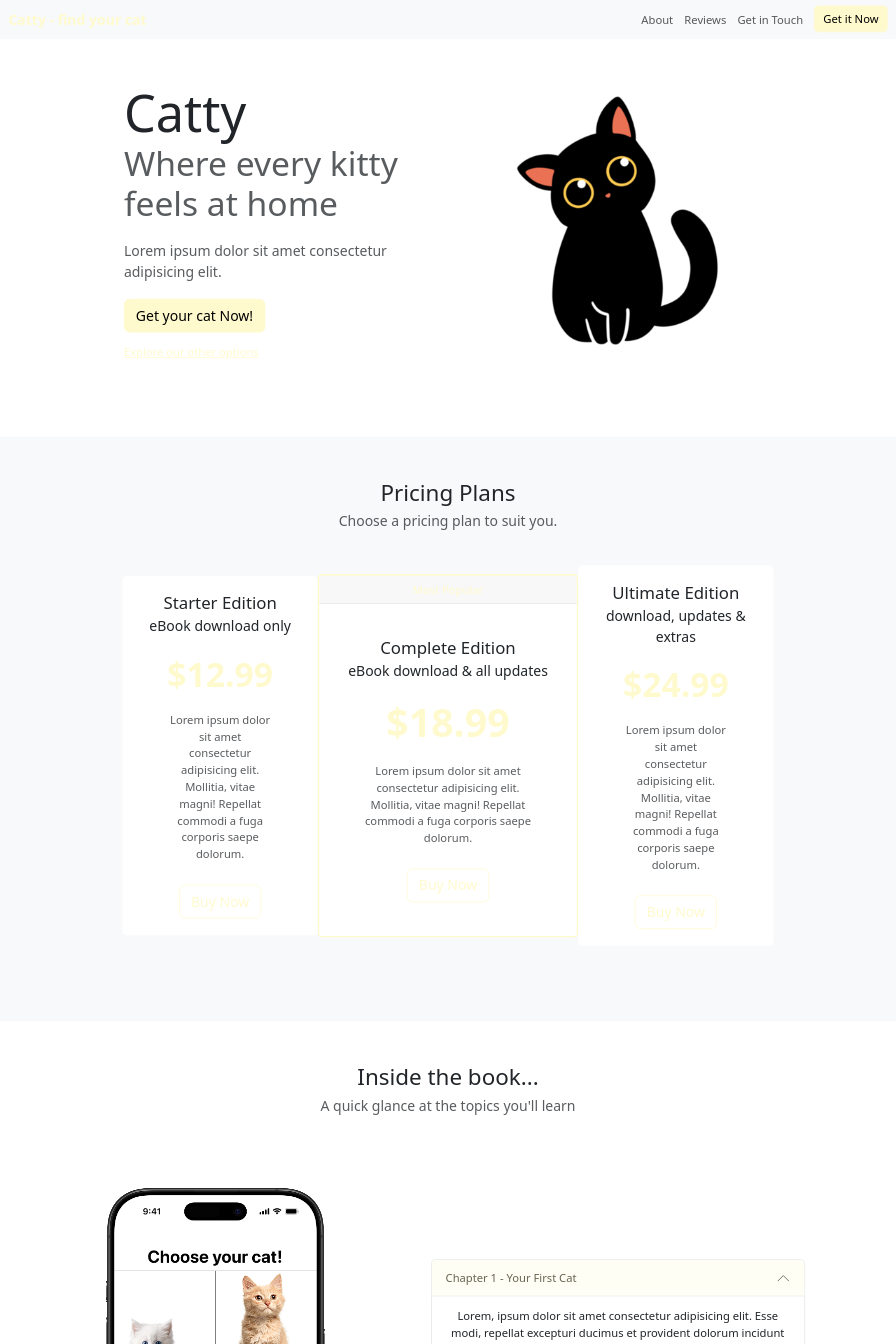
Repository: rihebtlh/catty-storefront
Page: index.html
An editor plug-in stored every save of this project. The page is shown before and after the next save, followed by the edit.
The browser window is 1280 px wide. The pictures show the part of the page from y = 0 to 1920 px (the page is 4528 px tall), at 70% of full size.
The style sheet was rebuilt from its Sass, Less or Tailwind sources for each picture, by a compiler version that may differ from the author's.

Above is the page before, as saved 2025-06-23 19:05:20.

### index.html
<!DOCTYPE html>
<html lang="en">
<head>
  <meta charset="UTF-8" />
  <meta name="viewport" content="width=device-width, initial-scale=1.0" />
  <link
    href="/css/main.min.css"
    rel="stylesheet"/>
  <link rel="stylesheet" href="https://cdn.jsdelivr.net/npm/bootstrap-icons@1.13.1/font/bootstrap-icons.min.css">
  <title>Catty</title>
  <style>
    section {
      padding: 60px 0;
    }
  </style>
</head>
<body>
  <!-- Navbar -->
    <nav class="navbar navbar-expand-md navbar-light bg-light">
        <div class="container-xxl">
            <a href="#intro" class="navbar-brand">
                <span class="fw-bold text-secondary">Catty - find your cat</span>
            </a>
      <!-- Toggle button -->
            <button
                class="navbar-toggler"
                type="button"
                data-bs-toggle="collapse"
                data-bs-target="#main-nav"
                aria-controls="main-nav"
                aria-expanded="false"
                aria-label="Toggle navigation">
                <span class="navbar-toggler-icon"></span>
            </button>
      <!-- Navbar links -->
            <div class="collapse navbar-collapse justify-content-end align-center" id="main-nav">
                <ul class="navbar-nav">
                <li class="nav-item">
                    <a class="nav-link" href="#topics">About</a>
                </li>
                <li class="nav-item">
                    <a class="nav-link" href="#reviews">Reviews</a>
                </li>
                <li class="nav-item">
                    <a class="nav-link" href="#contact">Get in Touch</a>
                </li>
                <li class="nav-item d-md-none">
                    <a class="nav-link" href="#pricing">Pricing</a>
                </li>
                <li class="nav-item ms-2 d-none d-md-inline">
                    <a class="btn btn-secondary" href="#pricing">Get it Now</a>
                </li>
                </ul>
            </div>
        </div>
    </nav>

  <!-- Main image & intro text -->
  <section id="intro">
    <div class="container-lg">
      <div class="row justify-content-center align-items-center">
        <div class="col-md-5 text-center text-md-start">
          <h1>
            <div class="display-2">Catty</div>
            <div class="display-5 text-muted">Where every kitty feels at home</div>
          </h1>
          <p class="lead my-4 text-muted">
            Lorem ipsum dolor sit amet consectetur adipisicing elit.
          </p>
          <a href="#pricing" class="btn btn-secondary btn-lg">Get your cat Now!</a>
          <!--open sidebar / offcanvas-->
          <a href="#sidebar" class="d-block mt-3" data-bs-toggle="offcanvas">
            Explore our other options
          </a>
        </div>
        <div class="col-md-5 text-center d-none d-md-block">
          <!--tooltip-->
          <span class="tt" data-bs-placement="bottom" title="Catty logo">
            <img class="img-fluid" src="/assets/catLogo.webp" alt="cat"/>
          </span>
        </div>
      </div>
    </div>
  </section>

    <!-- pricing plans -->
  <section id="pricing" class="bg-light mt-5">
    <div class="container-lg">
      <div class="text-center">
        <h2>Pricing Plans</h2>
        <p class="lead text-muted">Choose a pricing plan to suit you.</p>
      </div>

      <div class="row my-5 g-0 align-items-center justify-content-center"> <!--g-0 is for the gap so this one there's no gap-->
        <div class="col-8 col-lg-4 col-xl-3">
          <div class="card border-0">
            <div class="card-body text-center py-4">
              <h4 class="card-title">Starter Edition</h4>
              <p class="lead card-subtitle">eBook download only</p>
              <p class="display-5 my-4 text-primary fw-bold">$12.99</p>
              <p class="card-text mx-5 text-muted d-none d-lg-block">Lorem ipsum dolor sit amet consectetur adipisicing elit. Mollitia, vitae magni! Repellat commodi a fuga corporis saepe dolorum.</p>
              <a href="#" class="btn btn-outline-primary btn-lg mt-3">
                Buy Now
              </a>
            </div>
          </div>
        </div>

        <div class="col-9 col-lg-4">
          <div class="card border-primary border-2">
            <div class="card-header text-center text-primary">Most Popular</div>
            <div class="card-body text-center py-5">
              <h4 class="card-title">Complete Edition</h4>
              <p class="lead card-subtitle">eBook download & all updates</p>
              <p class="display-4 my-4 text-primary fw-bold">$18.99</p>
              <p class="card-text mx-5 text-muted d-none d-lg-block">Lorem ipsum dolor sit amet consectetur adipisicing elit. Mollitia, vitae magni! Repellat commodi a fuga corporis saepe dolorum.</p>
              <a href="#" class="btn btn-outline-primary btn-lg mt-3">
                Buy Now
              </a>
            </div>
          </div>
        </div>

        <div class="col-8 col-lg-4 col-xl-3">
          <div class="card border-0">
            <div class="card-body text-center py-4">
              <h4 class="card-title">Ultimate Edition</h4>
              <p class="lead card-subtitle">download, updates & extras</p>
              <p class="display-5 my-4 text-primary fw-bold">$24.99</p>
              <p class="card-text mx-5 text-muted d-none d-lg-block">Lorem ipsum dolor sit amet consectetur adipisicing elit. Mollitia, vitae magni! Repellat commodi a fuga corporis saepe dolorum.</p>
              <a href="#" class="btn btn-outline-primary btn-lg mt-3">
                Buy Now
              </a>
            </div>
          </div>
        </div>
      </div>
    </div><!-- end container -->
  </section>

    <!-- topics at a glance -->
     <section class="topics">
      <div class="container-md"> <!--100% width until meduim screens qt thispoint it will get everything at the middle-->
        <div class="text-center">
          <h2>Inside the book...</h2>
          <p class="lead text-muted">
            A quick glance at the topics you'll learn
          </p>
          <div class="row my-5 g-5 justify-content-around align-items-center">
            <div class="col-6 col-lg-4">
              <img src="/assets/phone.png" class="img-fluid" alt="ebook">
            </div>
            <div class="col-lg-6">
            <!-- accordion 1-->
            <div class="accordion" id="chapters">
              <div class="accordion-item">
                <h2 class="accordion-header" id="heading-1">
                  <button class="accordion-button" type="button" data-bs-toggle="collapse" data-bs-target="#chapter-1" aria-expanded="true" aria-controls="chapter-1">
                    Chapter 1 - Your First Cat
                  </button>
                </h2>
                <div id="chapter-1" class="accordion-collapse collapse show" aria-labelledby="heading-1" data-bs-parent="#chapters">
                  <div class="accordion-body">
                    <p>Lorem, ipsum dolor sit amet consectetur adipisicing elit. Esse modi, repellat excepturi ducimus et provident dolorum incidunt at officia aspernatur.</p>
                    <p>Lorem ipsum dolor sit amet consectetur adipisicing elit. Quae dolor blanditiis accusantium dicta? Dolorum ullam culpa ex! Distinctio, doloremque sunt repellendus laboriosam, excepturi vel illum facilis aliquam, alias inventore non?</p>

                  </div>
                </div>
              </div>
              <!-- accordion 2-->
              <div class="accordion-item">
                <h2 class="accordion-header" id="heading-2">
                  <button class="accordion-button" type="button" data-bs-toggle="collapse" data-bs-target="#chapter-2" aria-expanded="true" aria-controls="chapter-2">
                    Chapter 2 - Your second Cat
                  </button>
                </h2>
                <div id="chapter-2" class="accordion-collapse collapse" aria-labelledby="heading-2" data-bs-parent="#chapters">
                  <div class="accordion-body">
                    <p>Lorem, ipsum dolor sit amet consectetur adipisicing elit. Esse modi, repellat excepturi ducimus et provident dolorum incidunt at officia aspernatur.</p>
                    <p>Lorem ipsum dolor sit amet consectetur adipisicing elit. Quae dolor blanditiis accusantium dicta? Dolorum ullam culpa ex! Distinctio, doloremque sunt repellendus laboriosam, excepturi vel illum facilis aliquam, alias inventore non?</p>
                  </div>
                </div>
              </div>

              <!-- accordion 3-->
              <div class="accordion-item">
                <h2 class="accordion-header" id="heading-3">
                  <button class="accordion-button" type="button" data-bs-toggle="collapse" data-bs-target="#chapter-3" aria-expanded="true" aria-controls="chapter-3">
                    Chapter 3 - Your Third Cat
                  </button>
                </h2>
                <div id="chapter-3" class="accordion-collapse collapse" aria-labelledby="heading-3" data-bs-parent="#chapters">
                  <div class="accordion-body">
                    <p>Lorem, ipsum dolor sit amet consectetur adipisicing elit. Esse modi, repellat excepturi ducimus et provident dolorum incidunt at officia aspernatur.</p>
                    <p>Lorem ipsum dolor sit amet consectetur adipisicing elit. Quae dolor blanditiis accusantium dicta? Dolorum ullam culpa ex! Distinctio, doloremque sunt repellendus laboriosam, excepturi vel illum facilis aliquam, alias inventore non?</p>
                  </div>
                </div>
              </div>

              <!-- accordion 4-->
              <div class="accordion-item">
                <h2 class="accordion-header" id="heading-4">
                  <button class="accordion-button" type="button" data-bs-toggle="collapse" data-bs-target="#chapter-4" aria-expanded="true" aria-controls="chapter-4">
                    Chapter 4 - Your Third Cat
                  </button>
                </h2>
                <div id="chapter-4" class="accordion-collapse collapse" aria-labelledby="heading-4" data-bs-parent="#chapters">
                  <div class="accordion-body">
                    <p>Lorem, ipsum dolor sit amet consectetur adipisicing elit. Esse modi, repellat excepturi ducimus et provident dolorum incidunt at officia aspernatur.</p>
                    <p>Lorem ipsum dolor sit amet consectetur adipisicing elit. Quae dolor blanditiis accusantium dicta? Dolorum ullam culpa ex! Distinctio, doloremque sunt repellendus laboriosam, excepturi vel illum facilis aliquam, alias inventore non?</p>
                  </div>
                </div>
              </div>
              </div>

            </div>

          </div><!--around: spred around any free space (all the gaps are equal)-->
        </div>
      </div>
     </section>



    <!-- reviews list -->
    <section class="bg-light" id="reviews">
      <div class="container-lg">
        <div class="text-center">
          <h2><i class="bi bi-stars"></i>Cat reviews</h2>
          <p class="lead">What my students have said about the book ...</p>
        </div>
        <div class="row justify-content-center my-5">
          <div class="col-lg-8">
            <div class="list-group">
              <div class="list-group-item py-3">
                <h5 class="mb-1">Must buy for any cats lover</h5>
                <p class="mb-1">Lorem ipsum dolor sit amet, consectetur adipisicing elit. Sit quia nemo tempore excepturi dignissimos omnis blanditiis voluptate molestiae magni recusandae! Dolorem consequatur modi exercitationem aliquid doloribus neque fugiat sit impedit!</p>
                <small>Review By Hector</small>
                <div class="pb-2">
                  <i class="bi bi-star-fill"></i>
                  <i class="bi bi-star-fill"></i>
                  <i class="bi bi-star-fill"></i>
                  <i class="bi bi-star-fill"></i>
                  <i class="bi bi-star-fill"></i>
                </div>
              </div>
              <div class="list-group-item py-3">
                <h5 class="mb-1">Must buy for any cats lover</h5>
                <p class="mb-1">Lorem ipsum dolor sit amet, consectetur adipisicing elit. Sit quia nemo tempore excepturi dignissimos omnis blanditiis voluptate molestiae magni recusandae! Dolorem consequatur modi exercitationem aliquid doloribus neque fugiat sit impedit!</p>
                <small>Review By Hector</small>
                <div class="pb-2">
                  <i class="bi bi-star-fill"></i>
                  <i class="bi bi-star-fill"></i>
                  <i class="bi bi-star-fill"></i>
                  <i class="bi bi-star-fill"></i>
                  <i class="bi bi-star"></i>
                </div>
              </div>
              <div class="list-group-item py-3">
                <h5 class="mb-1">Must buy for any cats lover</h5>
                <p class="mb-1">Lorem ipsum dolor sit amet, consectetur adipisicing elit. Sit quia nemo tempore excepturi dignissimos omnis blanditiis voluptate molestiae magni recusandae! Dolorem consequatur modi exercitationem aliquid doloribus neque fugiat sit impedit!</p>
                <small>Review By Hector</small>
                <div class="pb-2">
                  <i class="bi bi-star-fill"></i>
                  <i class="bi bi-star-fill"></i>
                  <i class="bi bi-star-fill"></i>
                  <i class="bi bi-star-half"></i>
                  <i class="bi bi-star"></i>
                </div>
              </div>
            </div>
          </div>
        </div>
      </div>
    </section>
    <!-- contact form -->
    <!-- form-control, form-label, form-select, input-group-text -->
    <section id="contact">
      <div class="container-lg">
        <div class="text-center">
          <h2>Get in Touch</h2>
          <p class="lead">Questions to ask? Fill out the form to contact us directly...</p>
        </div>

        <div class="row justify-content-center my-5">
          <div class="col-lg-6">
            <form>
              <label for="email" class="form-label">Email Adress : </label>
              <div class="mb-4 input-group">
                <span class="input-group-text">
                  <i class="bi bi-envelope-fill"></i>
                </span>
                <input type="email" class="form-control" id="email" placeholder="e.g. mario@example.com">
                <span class="input-group-text">
                  <span class="tt" data-bs-placement="bottom" title="enter an email address we can aply to.">
                    <i class="bi bi-question-circle"></i>
                  </span>
                </span>
              </div>

              <label for="name" class="form-label">Name : </label>
              <div class="mb-4 input-group">
                <span class="input-group-text"><i class="bi bi-person-fill"></i></span>
                <input type="text" class="form-control" id="name" placeholder="e.g. mario">
                <span class="input-group-text">
                  <span class="tt" data-bs-placement="bottom" title="In case we replyed into your request.">
                    <i class="bi bi-question-circle"></i>
                  </span>
                </span>
              </div>

              <label for="subject" class="form-label">What is your question about?</label>
              <div class="mb-4 input-group">
                <span class="input-group-text"><i class="bi bi-chat-left-heart-fill"></i></span>
                <select class="form-select" id="subject">
                  <option value="pricing" selected>Pricing query</option>
                  <option value="content">Content query</option>
                  <option value="other">Other query</option>
                </select>
              </div>

              <div class="form-floating mb-4 mt-5">
                <textarea id="query" class="form-control" style="height: 140px"></textarea>
                <label for="query" class="form-label">Your query...</label>
              </div>
              <div class="mb-4 text-center">
                <button type="submit" class="btn btn-secondary">Submit</button>
              </div>
            </form>
          </div>
        </div>
      </div>
    </section>

    <!-- get updates / modal trigger -->
     <section class="bg-light">
      <div class="container">
        <div class="text-center">
          <h2>Stay in the loop</h2>
          <p class="lead">
            Get the latest updates as they happen...
          </p>
        </div>
        <div class="row justify-content-center">
          <div class="col-md-8 text-center">
            <p class="text-muted my-4">
              Lorem ipsum dolor sit amet consectetur adipisicing elit. Nisi, illo placeat soluta optio dicta natus ex consectetur ea corporis incidunt eaque enim dolore omnis asperiores a quo saepe cumque consequuntur.
            </p>
            <button class="btn btn-primary" data-bs-toggle="modal" data-bs-target="#reg-modal">Register for Updates</button>
          </div>
        </div>
      </div>
     </section>

    <!--model-->
    <div class="modal fade" id="reg-modal" tabindex="-1" aria-labelledby="modal-title" aria-hidden="true">
      <div class="modal-dialog">
        <div class="modal-content">
          <div class="modal-header">
            <h5 class="modal-title" id="modal-title">Get the Latest Updates</h5>
            <button class="btn-close" type="button" data-bs-dismiss="modal" aria-label="Close"></button>
          </div>
          <div class="modal-body">
            <p>Lorem ipsum dolor sit amet consectetur adipisicing elit. Dolore placeat modi soluta quibusdam eius ipsam quaerat fuga dignissimos dolorum impedit id molestiae voluptate iusto eveniet, in quas autem. Ad, rerum.</p>
            <label for="modal-email" class="form-label">Your email address</label>
            <input type="text" class="form-control" id="modal-email" placeholder="e.g. mario@example.com">
          </div>
          <div class="modal-footer">
            <button class="btn btn-primary">Submit</button>
          </div>
        </div>
      </div>
    </div>
    <!--offcanvas-->
    <div class="offcanvas offcanvas-start" tabindex="-1" id="sidebar"
    aria-labelledby="sidebar-label">
      <div class="offcanvas-header">
        <h5 class="offcanvas-title" id="sidebar-label">Options</h5>
        <button class="btn-close" type="button" data-bs-dismiss="offcanvas" aria-label="Close"></button>
      </div>
      <div class="offcanvas-body">
        <p>Lorem ipsum dolor sit amet consectetur adipisicing elit. Alias sed quasi cum commodi minus optio provident deserunt labore, laudantium error dignissimos ad nesciunt quos voluptatem amet odio sint odit eos!</p>
        <!--dropdown-->
        <div class="dropdown mt-3">
          <button class="btn btn-secondary dropdown-toggle" type="button" id="cat-dropdown" data-bs-toggle="dropdown">Choose cat type</button>
          <ul class="dropdown-menu" aria-labelledby="cat-dropdown">
            <li><a href="#" class="dropdown-item">Siamese cat</a></li>
            <li><a href="#" class="dropdown-item">Maine Coon</a></li>
            <li><a href="#" class="dropdown-item">British Shorthair</a></li>
            <li><a href="#" class="dropdown-item">Domestic Shorthair</a></li>
            <li><a href="#" class="dropdown-item">Russian Blue</a></li>
          </ul>
        </div>
      </div>
    </div>
  <!-- Bootstrap JS -->
  <script
    src="https://cdn.jsdelivr.net/npm/bootstrap@5.0.2/dist/js/bootstrap.bundle.min.js"
    integrity="sha384-MrcW6ZMFYlzcLA8Nl+NtUVF0sA7MsXsP1UyJoMp4YLEuNSfAP+JcXn/tWtIaxVXM"
    crossorigin="anonymous"
  ></script>
  <script>
    const tooltips = document.querySelectorAll('.tt')
    tooltips.forEach(t => {
      new bootstrap.Tooltip(t)
    })
  </script>
</body>
</html>

### sass/main.scss
//custom variables
$primary: #FFFACD ;
$secondary: #FFFACD ;
//import bootstrap
@import '../node_modules/bootstrap/scss/bootstrap';

After the next save:
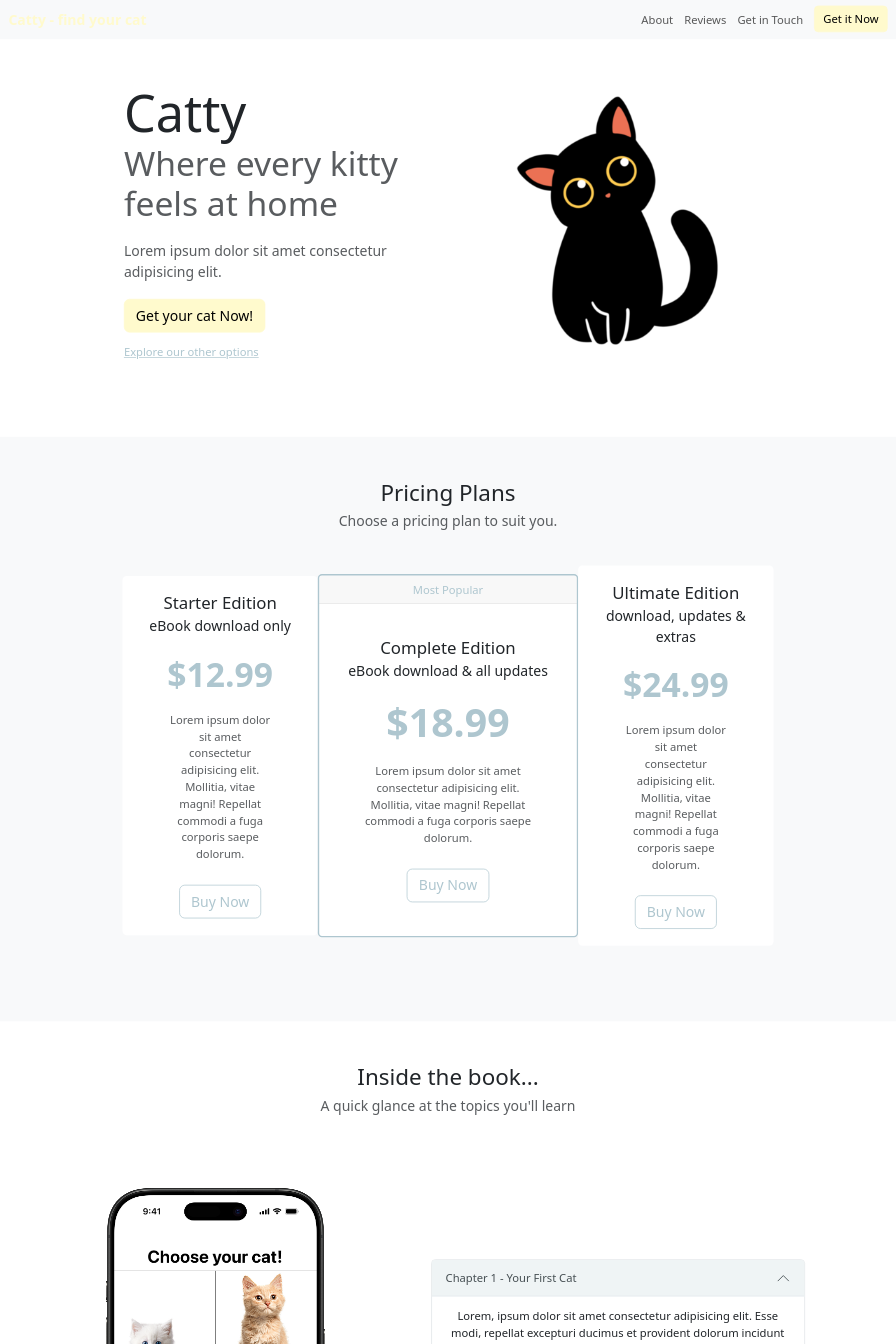
Saved 47 s later.
--- a/sass/main.scss
+++ b/sass/main.scss
@@ -1,5 +1,5 @@
 //custom variables
-$primary: #FFFACD ;
+$primary: #AEC6CF  ;
 $secondary: #FFFACD ;
 //import bootstrap
 @import '../node_modules/bootstrap/scss/bootstrap';
